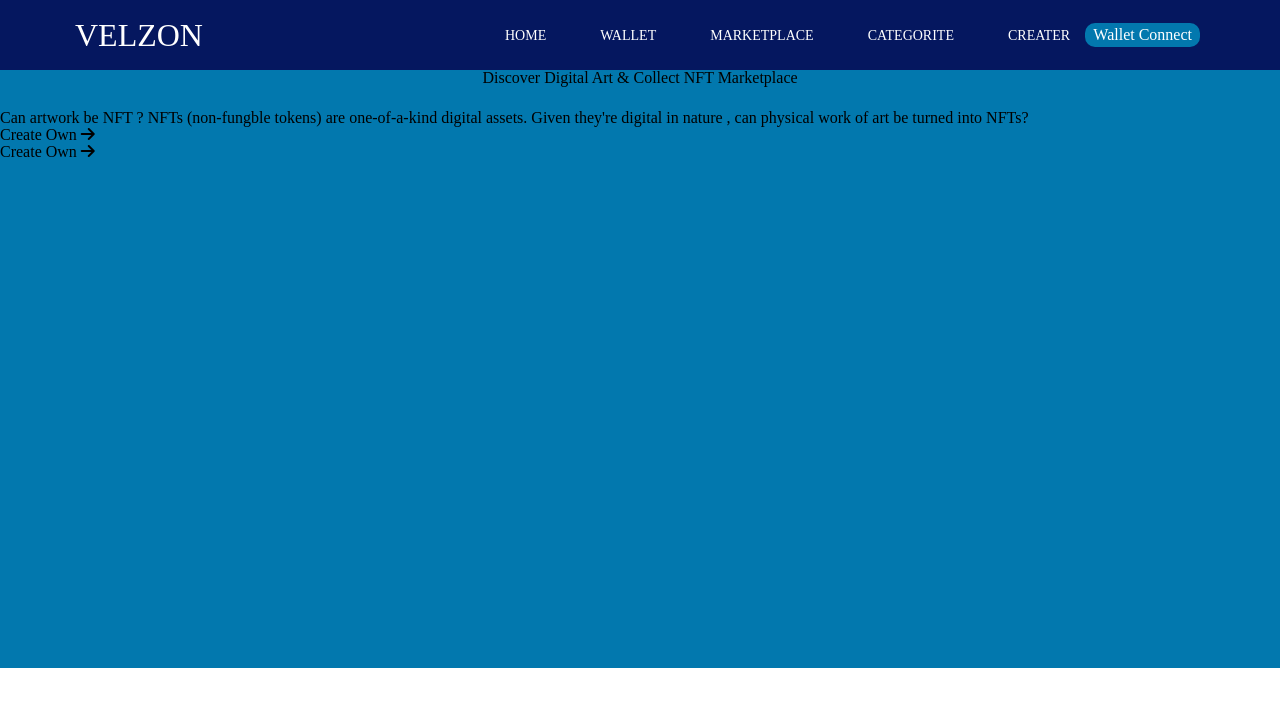
Repository: HuynhDuc23/Webvideodesgin
Page: index.html
The author's editor kept a copy of each file at every save. The page is drawn from the files as they stood at one save, then again after the next save.
The browser window is 1280 px wide. The pictures show the whole page.
The style sheet was rebuilt from its Sass, Less or Tailwind sources for each picture, by a compiler version that may differ from the author's.

Above is the page before, as saved 2023-04-25 11:54:23.

### index.html
<!DOCTYPE html>
<html lang="en">
<head>
    <meta charset="UTF-8">
    <meta http-equiv="X-UA-Compatible" content="IE=edge">
    <meta name="viewport" content="width=device-width, initial-scale=1.0">
    <link rel="stylesheet" href="https://cdnjs.cloudflare.com/ajax/libs/font-awesome/6.4.0/css/all.min.css" integrity="sha512-iecdLmaskl7CVkqkXNQ/ZH/XLlvWZOJyj7Yy7tcenmpD1ypASozpmT/E0iPtmFIB46ZmdtAc9eNBvH0H/ZpiBw==" crossorigin="anonymous" referrerpolicy="no-referrer" />
    <link rel="stylesheet" href="./reset.css">
    <link rel="stylesheet" href="style.css">
    <title>LoadingPage</title>
</head>
<body>
    <div class="loadingpage">
     <div class="loadingpage__heading">
        <div class="loadingpage__header">
            <div class="loadingpage__left"><h4 class="loadingpage__content">VELZON</h4></div>
            <div class="loaddingpage__right">
                <ul class="loadingpage__list">
                    <li class="loadingpage__items"><h5 class="loadingpage__padding">Home</h5></li>
                    <li class="loadingpage__items"><h5 class="loadingpage__padding">Wallet</h5></li>
                    <li class="loadingpage__items"><h5 class="loadingpage__padding">MarketPlace</h5></li>
                    <li class="loadingpage__items"><h5 class="loadingpage__padding">categorite</h5></li>
                    <li class="loadingpage__items"><h5 class="loadingpage__padding">Creater</h5></li>
                </ul>
            </div>
        </div>
        <div class="loadingpage__mid">
            <div class="loadingpage__mid__content1">
                <h1 class="loadingpage__mid__content">Discover Digital Art & Collect <span>NFT Marketplace</span></h1>
            </div>
            <div class="loadingpage__mid__content2">
                <p class="loadding__mid__content2__para">
                    Can artwork be NFT ? NFTs (non-fungble tokens) are one-of-a-kind digital assets. Given they're  digital in nature , can physical work of art be turned into NFTs?
                </p>
                <div class="button__mid">
                    <div class="button">
                        <div class="button__1">Create Own
                         <i class="fa-solid fa-arrow-right"></i>
                        </div>
                     </div>
                     <div class="button">
                         <div class="button__1">Create Own
                          <i class="fa-solid fa-arrow-right"></i>
                         </div>
                      </div>
                </div>
            </div>
        </div>
     </div>
    </div>
</body>
</html>

### style.scss
html {
    box-sizing: border-box;
}
*{
    font-size: 16.5rem;
    font-family: 'Segoe UI', Tahoma, Geneva, Verdana, sans-serif;
}
.loadingpage {
    &__heading {
        width: 100%;
        height: 668px;
      //  background-color: #0278ae;
        background-color:rgb(2,120,174);
    }
    &__header {
        width: 100%;
        height: 70px;
        background-color: #05175f;
        display: flex ;
        justify-content: flex-start;
        align-items: center;
        position: relative;
    }
    &__left {
        padding:  27px 75px;
        cursor: pointer;
    }
    &__content {
        color: white;
        font-weight: 500;
        font-size: 14px;
        line-height: 21px;
        text-transform: uppercase;
        font-size: xx-large;
    }
    &__right {
        margin-left: 200px;
    }
    &__list {
        display: flex;
        align-items: center;
        padding-left: 200px;

        &:before {
            content: "Wallet Connect";
            padding: 4px 8px ;
            top: 50%;
            right: 80px;
            position: absolute;
            color: white;
            transform: translateY(-50%);
            background-color: rgb(2,120,174);
            cursor: pointer;
            border-radius: 10px ;
        }

    }
    &__items {
        padding: 27px;
        &:hover {
            color: #00bd9d;
            cursor: pointer;
        }
    }
    &__padding {
       color: white;
       font-weight: 500;
       font-size: 14px;
       line-height: 21px;
       text-transform: uppercase;
       &:hover {
        color: #00bd9d;
        cursor: pointer;
    }
    }
    &__mid__content1 {
        text-align: center;
        margin-top: 167px;
        margin: 0px 0px 24px;
    }
}

Loaded but not shown: reset.css (common file)

After the next save:
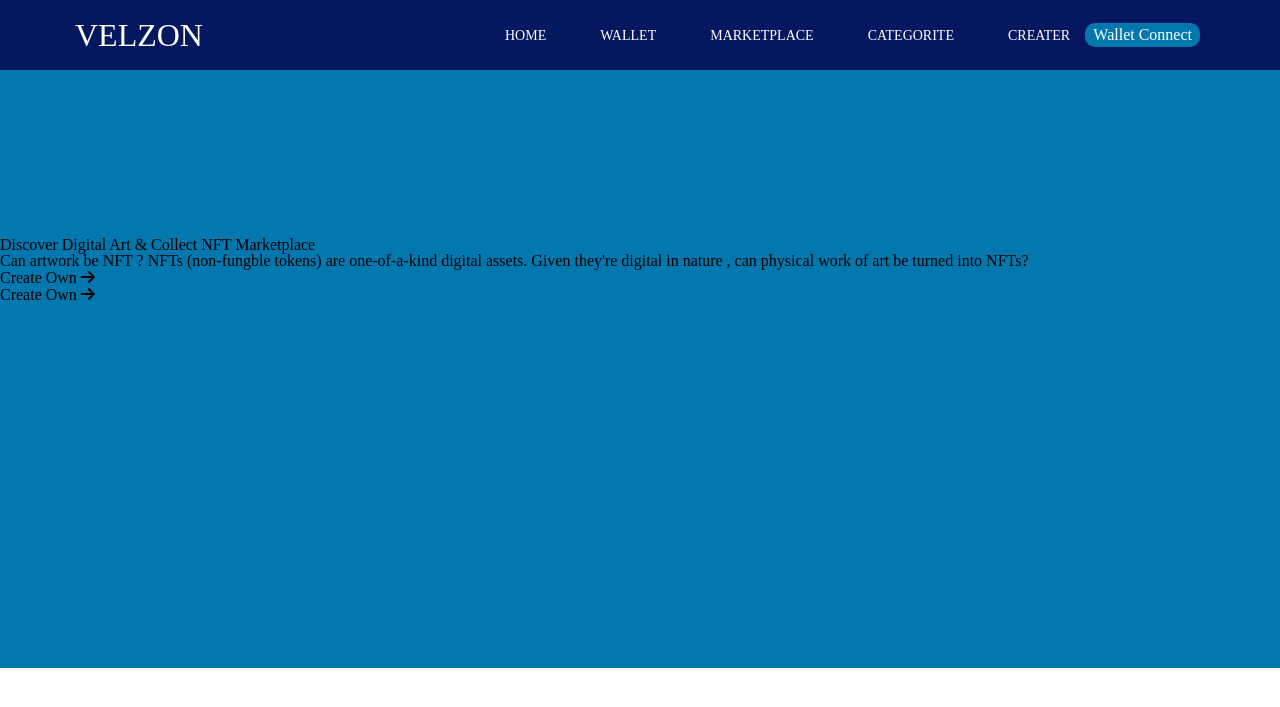
Saved 63 s later.
--- a/style.scss
+++ b/style.scss
@@ -73,9 +73,8 @@ html {
         cursor: pointer;
     }
     }
+
     &__mid__content1 {
-        text-align: center;
-        margin-top: 167px;
-        margin: 0px 0px 24px;
+        padding-top: 167px;
     }
 }
